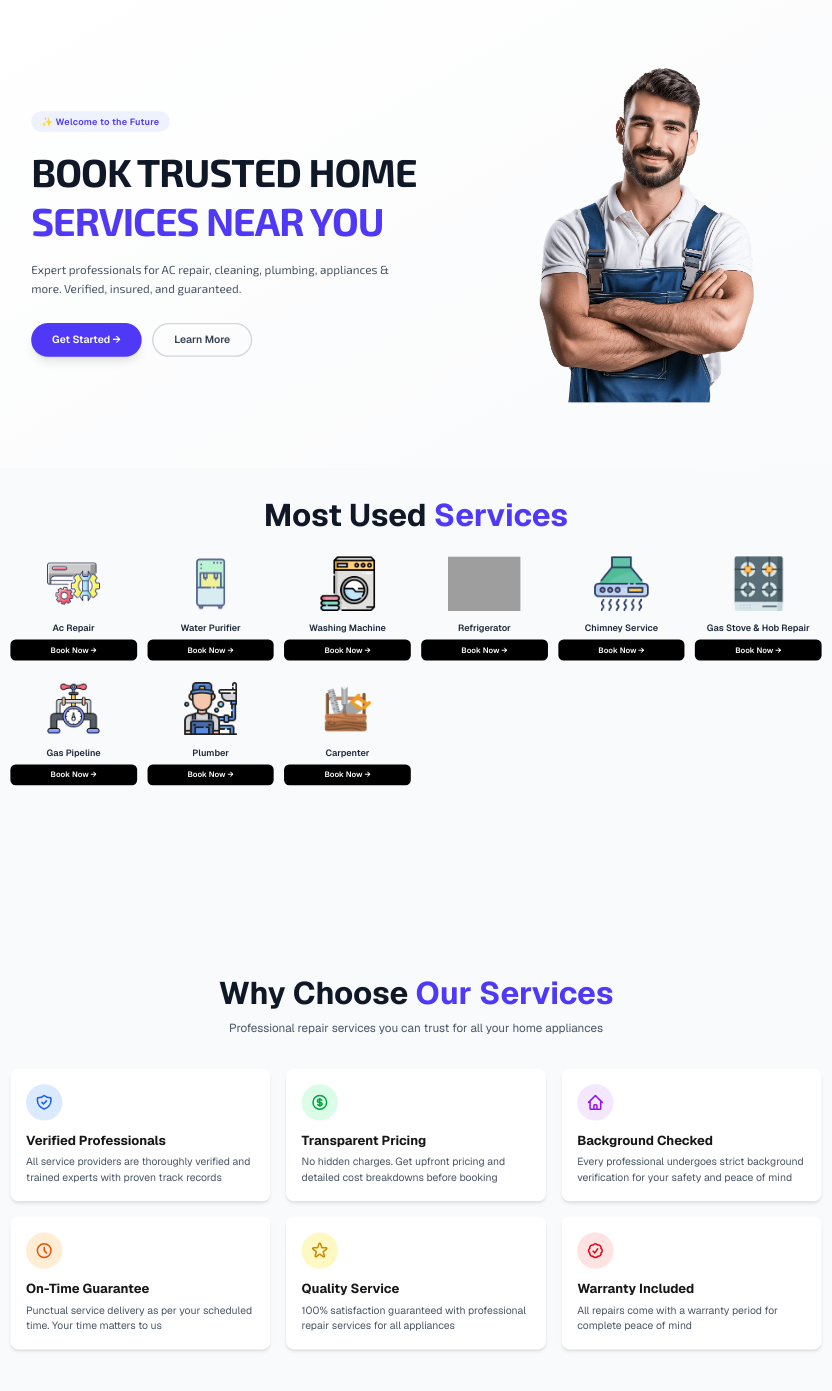
Repository: deepak445566/repai
Page: / (app in repair/)
An editor plug-in stored every save of this project. The page is shown before and after a run of saves, followed by the edit.
The browser window is 1280 px wide. The pictures show the whole page, at 65% of full size.
Pictures or frames that could not be fetched are drawn as grey boxes. The project was rebuilt for these pictures with package versions that can differ from the ones it lists, and the page was loaded fresh each time. The framework's server and built-in components were replaced by stand-ins that run in the browser. Also part of the build but not shown: repair/next.config.mjs.

Above is the page before, as saved 2026-04-15 13:39:11.

After the next 4 saves:
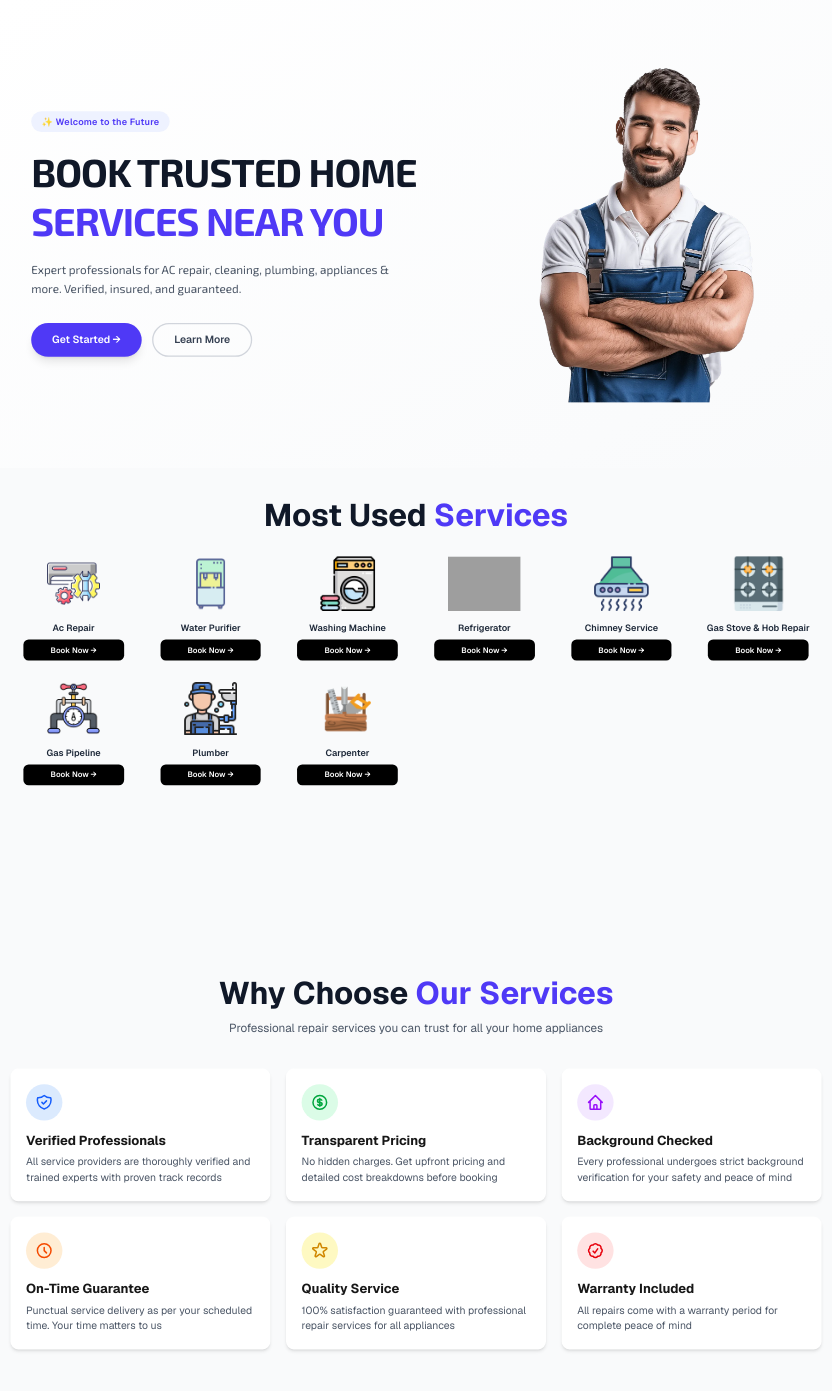
The 4 saves are shown as one change because they came seconds apart.
The last was saved 12 s later.
--- a/repair/src/components/Service.jsx
+++ b/repair/src/components/Service.jsx
@@ -54,7 +54,7 @@
               </div>
 
               {/* Book Button */}
-              <div className=" pb-2">
+              <div className="px-5 pb-2">
                 <button
                   onClick={() => handleBookNow(service.title)}
                   className="w-full bg-black text-white text-xs font-semibold py-2 rounded-lg "
